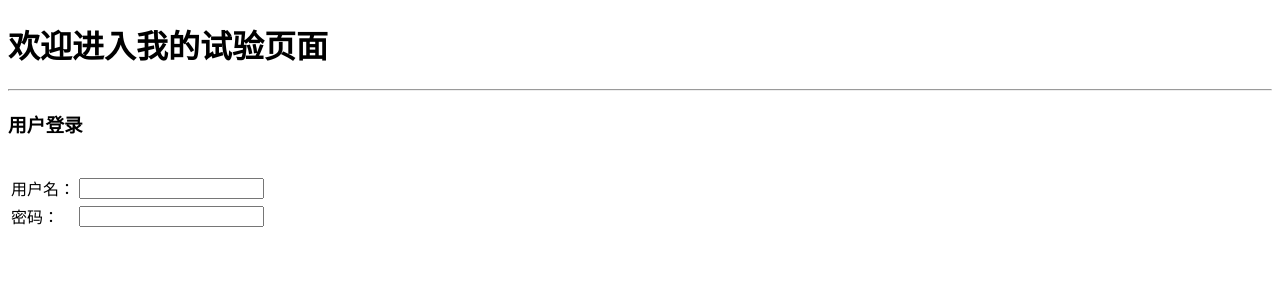
Repository: winxblast/myJavaLearn
Page: http://localhost/JspLoginDemo/login.jsp
These files come from the project's save history. The page is drawn as it stood at one moment and after the next save; the edit follows.
The browser window is 1280 px wide. The pictures show the whole page.
The page is served by Tomcat 9.

Above is the page before, as saved 2017-05-29 03:41:31.

### JavaEE/JspLoginDemo/WebContent/login.jsp
<%@ page language="java" contentType="text/html; charset=UTF-8"
    pageEncoding="UTF-8"%>
<!DOCTYPE html PUBLIC "-//W3C//DTD HTML 4.01 Transitional//EN" "http://www.w3.org/TR/html4/loose.dtd">
<html>
<head>
<meta http-equiv="Content-Type" content="text/html; charset=UTF-8">
<title>login</title>
</head>
<body>
	<h1>欢迎进入我的试验页面</h1>
	<hr>
	<h3>用户登录</h3><br>
	<form action="dologin.jsp" name="loginForm" method="post">
		<table>
			<tr>
				<td>用户名：</td>
				<td><input type="text" name="username"></td>
			</tr>
			<tr>
				<td>密码：</td>
				<td><input type="password" name="password"></td>
			</tr>
			<tr>

		</table>
	</form>
</body>
</html>

After the next save:
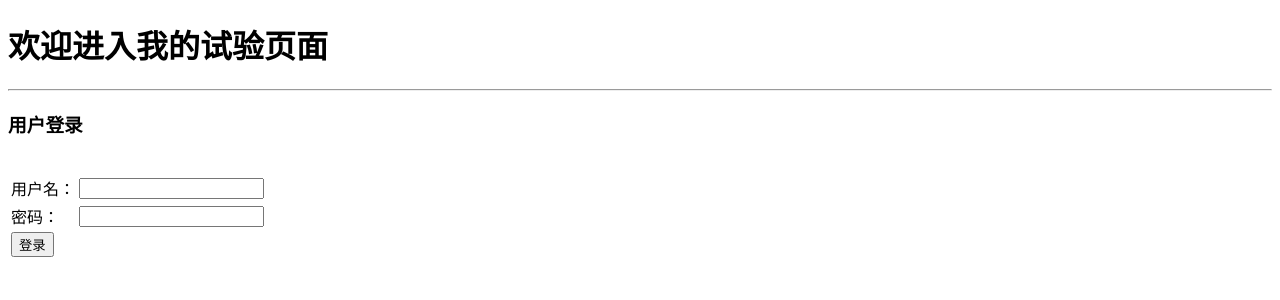
Saved 72 s later.
--- a/JavaEE/JspLoginDemo/WebContent/login.jsp
+++ b/JavaEE/JspLoginDemo/WebContent/login.jsp
@@ -21,7 +21,8 @@
 				<td><input type="password" name="password"></td>
 			</tr>
 			<tr>
-
+				<td colspan="2"><input type="submit" value="登录"></td>
+			</tr>
 		</table>
 	</form>
 </body>
